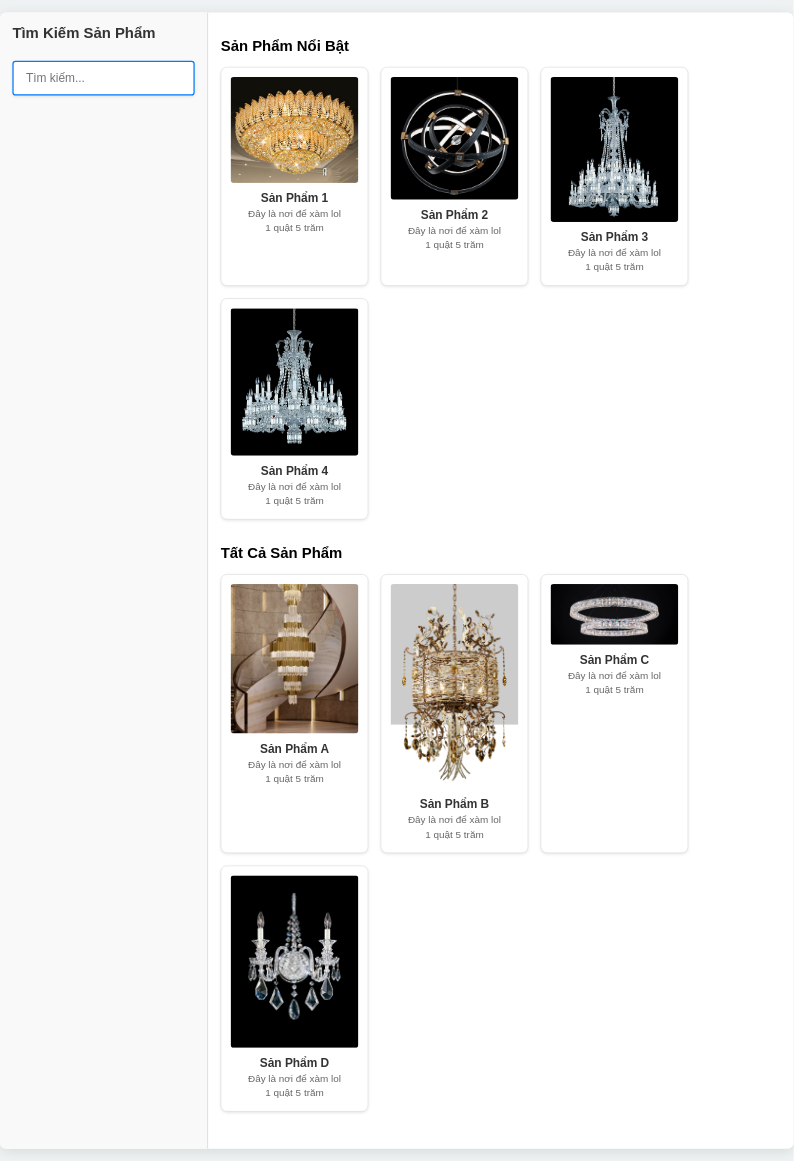
Repository: Nghia251506/eproject
Page: http://localhost/eproject/app/views/product.php
An editor plug-in stored every save of this project. The page is shown before and after a run of saves, followed by the edit.
The browser window is 1280 px wide. The pictures show the whole page, at 62% of full size.
The page is run by PHP 8.4 with error messages shown; the project is at /var/www/html/.

Above is the page before, as saved 2024-10-05 18:35:31.

### app/views/product.php
<!DOCTYPE html>
<html lang="vi">
<head>
    <meta charset="UTF-8">
    <meta name="viewport" content="width=device-width, initial-scale=1.0">
    <title>product</title>
    <link rel="stylesheet" href="http://localhost/eproject/app/assets/css/product.css"> <!-- Bạn có thể thêm CSS tại đây -->
</head>
<body>
<div class="container">
        <aside class="sidebar">
            <h2>Tìm Kiếm Sản Phẩm</h2>
            <input type="text" placeholder="Tìm kiếm...">
        </aside>

        <main class="main-content">
            <section class="featured-products">
                <h2>Sản Phẩm Nổi Bật</h2>
                <div class="product-row">
                    <div class="product">
                        <img src="http://localhost/eproject/app/assets/data/den1.png" alt="Sản phẩm 1" />
                        <h3>Sản Phẩm 1</h3>
                        <p>Đây là nơi để xàm lol</p>
                        <p>1 quật 5 trăm</p>
                    </div>
                    <div class="product">
                        <img src="http://localhost/eproject/app/assets/data/den2.png" alt="Sản phẩm 2" />
                        <h3>Sản Phẩm 2</h3>
                        <p>Đây là nơi để xàm lol</p>
                        <p>1 quật 5 trăm</p>
                    </div>
                    <div class="product">
                        <img src="http://localhost/eproject/app/assets/data/den3.png" alt="Sản phẩm 3" />
                        <h3>Sản Phẩm 3</h3>
                        <p>Đây là nơi để xàm lol</p>
                        <p>1 quật 5 trăm</p>
                    </div>
                    <div class="product">
                        <img src="http://localhost/eproject/app/assets/data/den4.png" alt="Sản phẩm 4" />
                        <h3>Sản Phẩm 4</h3>
                        <p>Đây là nơi để xàm lol</p>
                        <p>1 quật 5 trăm</p>
                    </div>
                </div>
            </section>

            <section class="all-products">
                <h2>Tất Cả Sản Phẩm</h2>
                <div class="product-row">
                    <div class="product">
                        <img src="http://localhost/eproject/app/assets/data/den5.png" alt="Sản phẩm A" />
                        <h3>Sản Phẩm A</h3>
                        <p>Đây là nơi để xàm lol</p>
                        <p>1 quật 5 trăm</p>
                    </div>
                    <div class="product">
                        <img src="http://localhost/eproject/app/assets/data/den6.png" alt="Sản phẩm B" />
                        <h3>Sản Phẩm B</h3>
                        <p>Đây là nơi để xàm lol</p>
                        <p>1 quật 5 trăm</p>
                    </div>
                    <div class="product">
                        <img src="http://localhost/eproject/app/assets/data/den7.png" alt="Sản phẩm C" />
                        <h3>Sản Phẩm C</h3>
                        <p>Đây là nơi để xàm lol</p>
                        <p>1 quật 5 trăm</p>
                    </div>
                    <div class="product">
                        <img src="http://localhost/eproject/app/assets/data/den8.png" alt="Sản phẩm D" />
                        <h3>Sản Phẩm D</h3>
                        <p>Đây là nơi để xàm lol</p>
                        <p>1 quật 5 trăm</p>
                    </div>
                </div>
                <!-- Them sp o duoi -->
            </section>
        </main>
    </div>
</body>
</html>

### app/assets/css/product.css

body {
    font-family: 'Arial', sans-serif; /* Font chữ cơ bản */
    margin: 0; /* Xóa margin mặc định */
    padding: 0; /* Xóa padding mặc định */
    background-color: #eef2f3; /* Màu nền sáng nhẹ cho trang */
}


/* Bố cục tổng thể của trang    */
/* ============================= */
.container {
    display: flex; /* Sử dụng Flexbox để dễ dàng bố trí sidebar và main-content */
    max-width: 1350px; /* Độ rộng tối đa của container */
    margin: 20px auto; /* Giữa trang */
    background-color: #fff; /* Màu nền trắng cho container */
    border-radius: 10px; /* Bo góc cho container */
    box-shadow: 0 4px 20px rgba(0, 0, 0, 0.1); /* Đổ bóng nhẹ cho container */
}


/* Sidebar chứa thanh tìm kiếm  */
/* ============================= */
.sidebar {
    width: 300px; /* Độ rộng của sidebar */
    padding: 20px; /* Padding xung quanh */
    background-color: #f9f9f9; /* Màu nền của sidebar */
    border-right: 2px solid #ddd; /* Đường viền bên phải */
    border-radius: 10px 0 0 10px; /* Bo góc cho sidebar */
}

/* Tiêu đề trong sidebar */
.sidebar h2 {
    margin-top: 0; /* Xóa margin trên cùng */
    font-size: 1.5em; /* Kích thước chữ lớn hơn */
    color: #333; /* Màu chữ tối */
}

/* Thanh nhập tìm kiếm */
.sidebar input {
    width:250px; /* Chiều rộng 100% của sidebar */
    padding: 15px 20px; /* Tăng padding để làm cho ô input lớn hơn, gọn gàng hơn */
    margin-top: 10px; /* Khoảng cách trên */
    border: 2px solid #007BFF; /* Đường viền màu xanh */
    border-radius: 5px; /* Bo góc cho ô input */
    font-size: 1.2em; /* Kích thước chữ lớn hơn */
    box-shadow: 0 2px 5px rgba(0, 0, 0, 0.1); /* Đổ bóng nhẹ */
    transition: border-color 0.3s, box-shadow 0s.3s; /* Hiệu ứng chuyển màu khi hover */
}

/* Hiệu ứng khi focus vào ô input */
.sidebar input:focus {
    border-color: #0056b3; /* Màu viền khi focus */
    outline: none; /* Xóa outline mặc định */
    box-shadow: 0 0 8px rgba(0, 123, 255, 0.5); /* Đổ bóng khi focus */
}


/* Nội dung chính               */
/* ============================= */
.main-content {
    flex-grow: 1; /* Chiếm phần còn lại của container */
    padding: 20px; /* Padding xung quanh */
}

/* Tiêu đề cho các mục sản phẩm */
.featured-products, .all-products {
    margin-bottom: 40px; /* Khoảng cách giữa các mục */
}

/* ============================= */
/* Bố cục hàng sản phẩm         */
/* ============================= */
.product-row {
    display: flex; /* Sử dụng Flexbox để bố trí sản phẩm */
    flex-wrap: wrap; /* Cho phép sản phẩm xuống dòng khi không đủ chỗ */
    gap: 20px; /* Khoảng cách giữa các sản phẩm */
}

/* ============================= */
/* Định dạng cho từng sản phẩm   */
/* ============================= */
.product {
    background-color: #fff; /* Màu nền trắng cho sản phẩm */
    border: 1px solid #ddd; /* Đường viền cho sản phẩm */
    border-radius: 10px; /* Bo góc cho sản phẩm */
    padding: 15px; /* Padding bên trong */
    text-align: center; /* Căn giữa nội dung */
    transition: transform 0.2s, box-shadow 0.2s; /* Hiệu ứng chuyển động khi hover */
    width: calc(25% - 20px); /* 4 sản phẩm mỗi hàng, trừ khoảng cách */
    box-shadow: 0 2px 5px rgba(0, 0, 0, 0.1); /* Đổ bóng nhẹ cho sản phẩm */
}

/* Hình ảnh sản phẩm */
.product img {
    max-width: 100%; /* Chiều rộng tối đa là 100% */
    height: auto; /* Tự động điều chỉnh chiều cao */
    border-radius: 5px; /* Bo góc cho hình ảnh */
}

/* Tiêu đề sản phẩm */
.product h3 {
    margin: 10px 0 5px; /* Khoảng cách trên và dưới */
    font-size: 1.2em; /* Kích thước chữ lớn hơn */
    color: #333; /* Màu chữ tối */
}

/* Mô tả sản phẩm */
.product p {
    margin: 5px 0; /* Khoảng cách trên và dưới */
    color: #666; /* Màu chữ xám */
}


/* Hiệu ứng khi di chuột qua sản phẩm */
/* ============================= */
.product:hover {
    transform: scale(1.05); /* Phóng to nhẹ khi hover */
    box-shadow: 0 8px 16px rgba(0, 0, 0, 0.2); /* Đổ bóng lớn hơn khi hover */
}

After the next 2 saves:
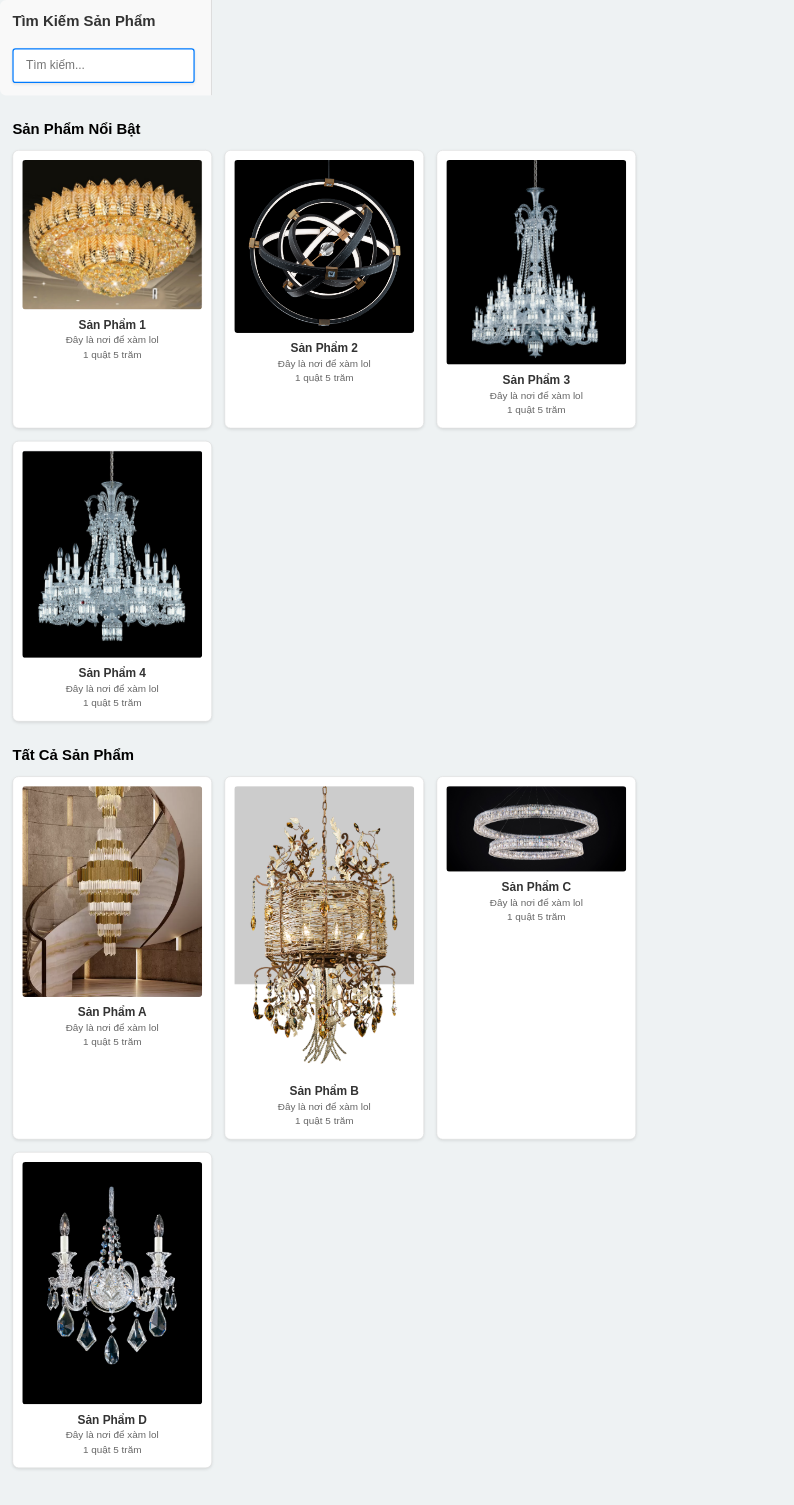
The 2 saves are shown as one change because they came seconds apart.
The last was saved 53 s later.
--- a/app/views/product.php
+++ b/app/views/product.php
@@ -7,7 +7,7 @@
     <link rel="stylesheet" href="http://localhost/eproject/app/assets/css/product.css"> <!-- Bạn có thể thêm CSS tại đây -->
 </head>
 <body>
-<div class="container">
+<div class="container-product">
         <aside class="sidebar">
             <h2>Tìm Kiếm Sản Phẩm</h2>
             <input type="text" placeholder="Tìm kiếm...">
